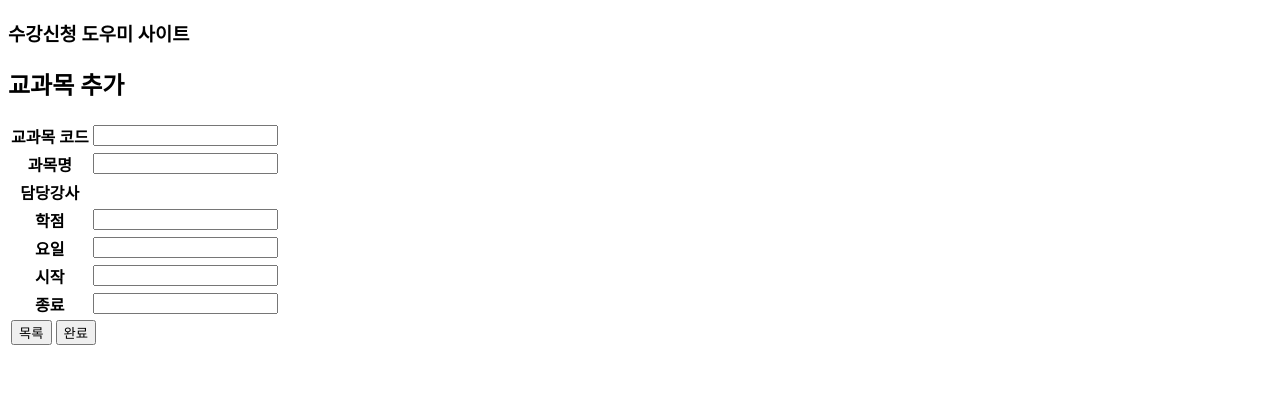
Repository: star-min/jsp_basic
Page: http://localhost/HRD_A02/addCourse.jsp
These files come from the project's save history. The page is drawn as it stood at one moment and after the next save; the edit follows.
The browser window is 1280 px wide. The pictures show the whole page.
The page is served by Tomcat 9. Queries for data that is not in the repository find no rows.

Above is the page before, as saved 2022-08-17 04:39:35.

After the next save:
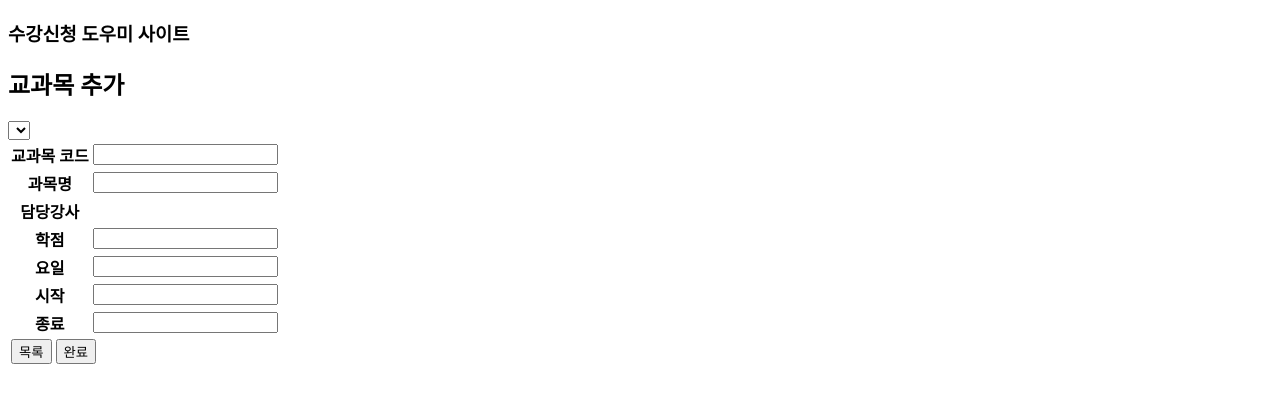
Saved 8 s later.
--- a/hrdkorea/HRD_A02/WebContent/addCourse.jsp
+++ b/hrdkorea/HRD_A02/WebContent/addCourse.jsp
@@ -38,6 +38,7 @@
 				</tr>
 				<tr>
 					<th>담당강사</th>
+					<select>
 					<%
 					while(rs.next()){
 						String name = "김교수";
@@ -48,15 +49,13 @@
 						if(rs.getString(2).equals("강교수")) name = "강교수";
 						if(rs.getString(2).equals("황교수")) name = "황교수";
 					%>
-					<select>
 
 						<option value="<%= name %>"> <%= name %> </option>
 
-
-					</select>
 					<%
 					}
 					%>
+					</select>
 				</tr>
 				<tr>
 					<th>학점</th>
